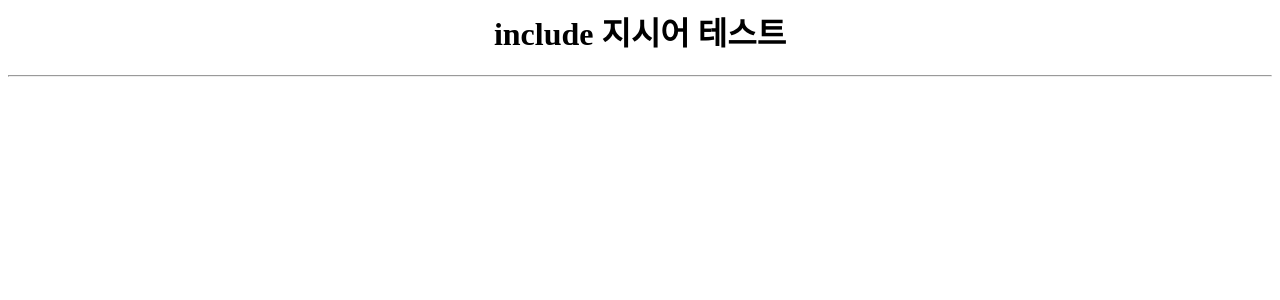
Repository: BogyeumKim/JSP
Page: http://localhost/FirstWeb/include/header.jsp
An editor plug-in stored every save of this project. The page is shown before and after the next save, followed by the edit.
The browser window is 1280 px wide. The pictures show the whole page.
The page is served by Tomcat 9. Other server files are loaded and not shown.

Above is the page before, as saved 2020-06-30 06:09:23.

### FirstWeb/WebContent/include/header.jsp
<%@ page language="java" contentType="text/html; charset=UTF-8"
    pageEncoding="UTF-8"%>
<header>

<style>
h1{
text-align:center;

}
</style>

<h1>include 지시어 테스트</h1>
<hr>




</header>

After the next save:
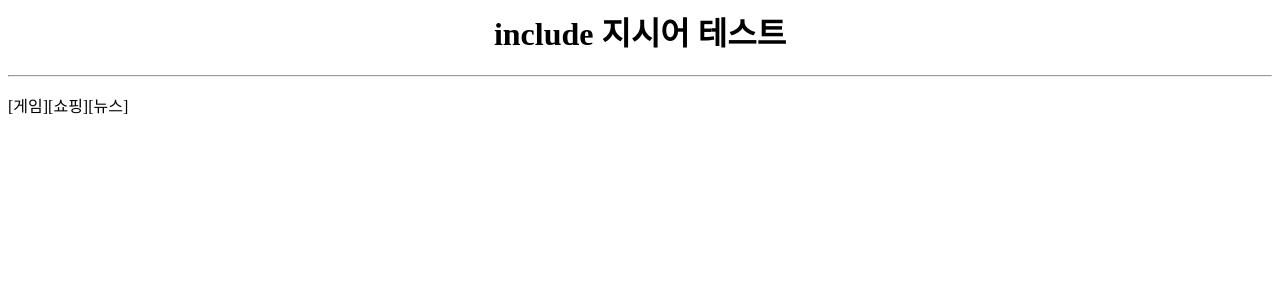
Saved 23 s later.
--- a/FirstWeb/WebContent/include/header.jsp
+++ b/FirstWeb/WebContent/include/header.jsp
@@ -11,7 +11,9 @@ text-align:center;
 
 <h1>include 지시어 테스트</h1>
 <hr>
-
+<p>
+	[게임][쇼핑][뉴스]
+</p>
 
 
 
